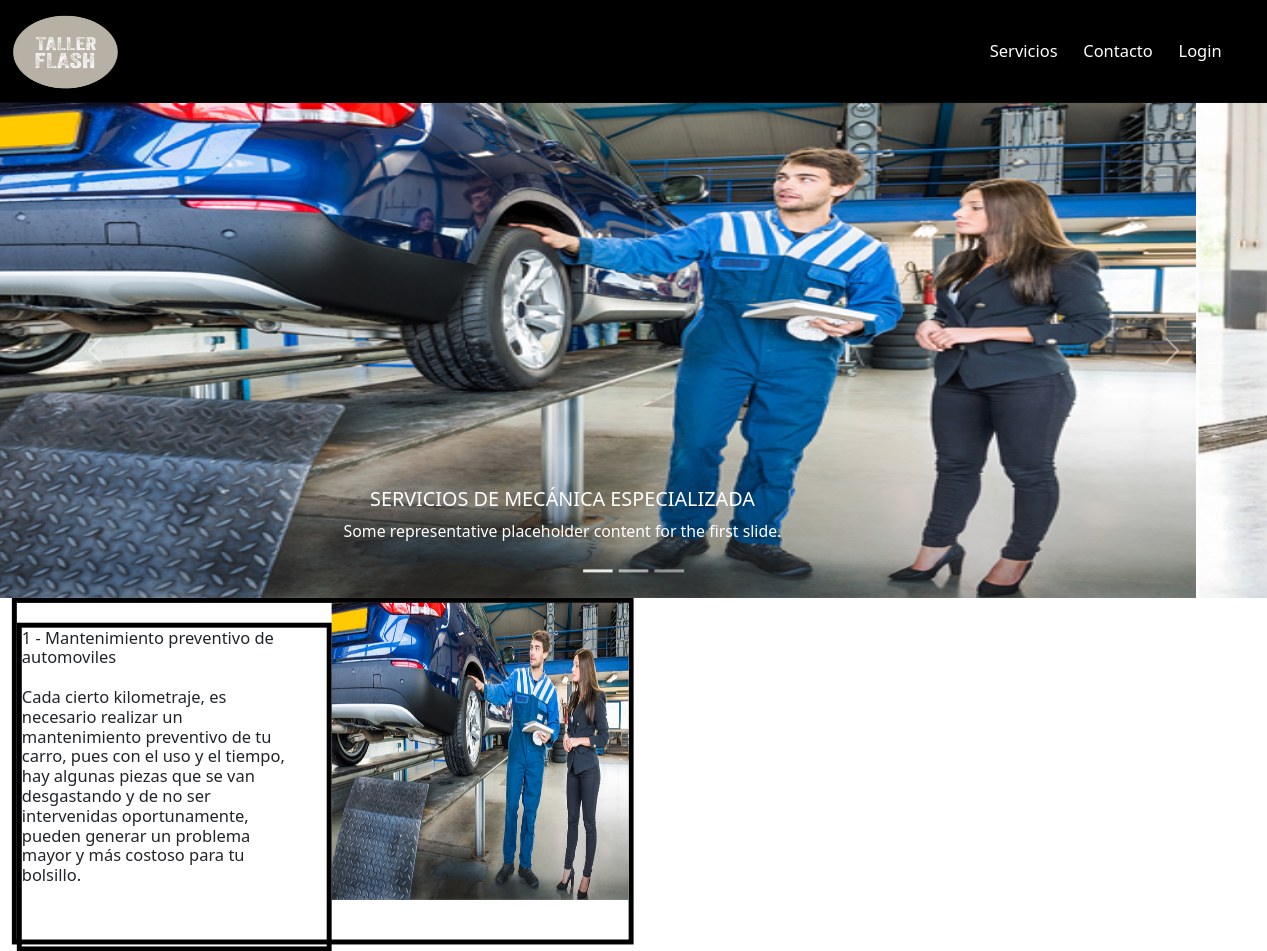
Repository: nder1996/Boostrap.Taller.Arquitectura
Page: Index.html
The author's editor kept a copy of each file at every save. The page is drawn from the files as they stood at one save, then again after the next save.
The browser window is 1280 px wide. The pictures show the whole page, at 99% of full size.

Above is the page before, as saved 2021-07-23 06:34:49.

### Index.html
<!DOCTYPE html>
<html lang="en">

<head>
	<meta charset="UTF-8">
	<meta name="viewport" content="width=device-width, initial-scale=1.0">
	<link rel="shortcut icon" href="img/Logo.png">
	<link href="https://cdn.jsdelivr.net/npm/bootstrap@5.0.2/dist/css/bootstrap.min.css" rel="stylesheet"
		integrity="sha384-EVSTQN3/azprG1Anm3QDgpJLIm9Nao0Yz1ztcQTwFspd3yD65VohhpuuCOmLASjC" crossorigin="anonymous">
	<link rel="stylesheet" href="https://cdnjs.cloudflare.com/ajax/libs/font-awesome/5.15.3/css/all.min.css"
		integrity="sha512-iBBXm8fW90+nuLcSKlbmrPcLa0OT92xO1BIsZ+ywDWZCvqsWgccV3gFoRBv0z+8dLJgyAHIhR35VZc2oM/gI1w=="
		crossorigin="anonymous" referrerpolicy="no-referrer" />
	<link rel="stylesheet" href="css/style.css">
	<title>Taller Automotriz</title>
</head>

<body>

	<nav class="navbar navbar-expand-lg navbar-light">
		<div class="container-fluid">
			<a class="navbar-brand" href="#"><img src="img/Logo.png" alt="" style='width: 110px; height: 78px;'></a>
			<button class="navbar-toggler" type="button" data-bs-toggle="collapse" data-bs-target="#navbarNav"
				aria-controls="navbarNav" aria-expanded="false" aria-label="Toggle navigation">
				<span class="navbar-toggler-icon"></span>
			</button>
			<div class="collapse navbar-collapse" id="navbarNav">
				<ul class="navbar-nav ms-auto">
					<li class="nav-item">
						<a class="nav-link active" aria-current="page" href="#">Servicios</a>
					</li>
					<li class="nav-item">
						<a class="nav-link" href="#">Contacto</a>
					</li>
					<li class="nav-item">
						<a class="nav-link" href="#">Login</a>
					</li>
				</ul>
			</div>
		</div>
	</nav>
	<div id="carouselExampleCaptions" class="carousel slide" data-bs-ride="carousel">
		<div class="carousel-indicators">
			<button type="button" data-bs-target="#carouselExampleCaptions" data-bs-slide-to="0" class="active"
				aria-current="true" aria-label="Slide 1"></button>
			<button type="button" data-bs-target="#carouselExampleCaptions" data-bs-slide-to="1"
				aria-label="Slide 2"></button>
			<button type="button" data-bs-target="#carouselExampleCaptions" data-bs-slide-to="2"
				aria-label="Slide 3"></button>
		</div>
		<div class="carousel-inner">
			<div class="carousel-item active">
				<img src="img/Mantenimiento_1.jpg" class="d-block w-100" alt="...">
				<div class="carousel-caption d-none d-md-block">
					<h5>SERVICIOS DE MECÁNICA
						ESPECIALIZADA</h5>
					<p>Some representative placeholder content for the first slide.</p>
				</div>
			</div>
			<div class="carousel-item">
				<img src="img/Mantenimiento_3.png" class="d-block w-100" alt="...">
				<div class="carousel-caption d-none d-md-block">
					<h5>SERVICIOS DE MECÁNICA
						ESPECIALIZADA</h5>
					<p>Some representative placeholder content for the second slide.</p>
				</div>
			</div>
			<div class="carousel-item">
				<img src="img/Mantenimiento_2.png" class="d-block w-100" alt="...">
				<div class="carousel-caption d-none d-md-block">
					<h5>Third slide label</h5>
					<p>Some representative placeholder content for the third slide.</p>
				</div>
			</div>
		</div>
		<button class="carousel-control-prev" type="button" data-bs-target="#carouselExampleCaptions"
			data-bs-slide="prev">
			<span class="carousel-control-prev-icon" aria-hidden="true"></span>
			<span class="visually-hidden">Previous</span>
		</button>
		<button class="carousel-control-next" type="button" data-bs-target="#carouselExampleCaptions"
			data-bs-slide="next">
			<span class="carousel-control-next-icon" aria-hidden="true"></span>
			<span class="visually-hidden">Next</span>
		</button>
	</div>


	<div class="Servicios container-fluid">
		<div class="Servicio" id="Servicio_1">
			<br> <br>
				<h1>1 - Mantenimiento preventivo de automoviles <br> <br>
					<p>
						Cada cierto kilometraje, es necesario realizar un mantenimiento preventivo de tu carro, pues con
						el uso
						y el tiempo, hay algunas piezas que se van desgastando y de no ser intervenidas oportunamente,
						pueden
						generar un problema mayor y más costoso para tu bolsillo.
					</p>
				</h1>
				<br>
				<img src="img/Mantenimiento_1.jpg" alt="" width="300px" height="300px">



	<!--	<button>Más Información</button>
-->



		</div>


	</div>
	<!--
		<div><img src="img/Mantenimiento_2.png" alt="" width="300px" height="300px"></div>
		<div><img src="img/Mantenimiento_3.png" alt="" width="300px" height="300px"></div>
		<div><img src="img/Mantenimiento_4.png" alt="" width="300px" height="300px"></div>
		-->











	<script src="https://cdn.jsdelivr.net/npm/bootstrap@5.0.2/dist/js/bootstrap.bundle.min.js"
		integrity="sha384-MrcW6ZMFYlzcLA8Nl+NtUVF0sA7MsXsP1UyJoMp4YLEuNSfAP+JcXn/tWtIaxVXM" crossorigin="anonymous">
	</script>
	<script src="https://cdnjs.cloudflare.com/ajax/libs/jquery/3.6.0/jquery.min.js"
		integrity="sha512-894YE6QWD5I59HgZOGReFYm4dnWc1Qt5NtvYSaNcOP+u1T9qYdvdihz0PPSiiqn/+/3e7Jo4EaG7TubfWGUrMQ=="
		crossorigin="anonymous" referrerpolicy="no-referrer"></script>
</body>

</html>

### css/style.css
nav{
    background-color: black !important;
}

nav li{
    position:relative;
    margin-left: 10px;
    left:-10%;
}

nav li a{
    color:white !important;
    font-size: 1.3vw;
}

.carousel-inner{
    position:relative;
    width: 100%;
    height: 500px;
}

.carousel-item img{
    position:relative;
    width: 100%;
    height: 500px;
}

.Servicios{
    position:relative;

}

.Servicios .Servicio{
    display: flex;
    border:5px solid black;
    width: 50%;
    height: 350px;
}

.Servicios div h1{
    position:relative;
    border:5px solid black;
    text-align: left;
    font-size: 1.3vw;
    width: 60%;
    top:20px;
}

.Servicios div p{
    position:relative;
    width: 87%;
}

After the next save:
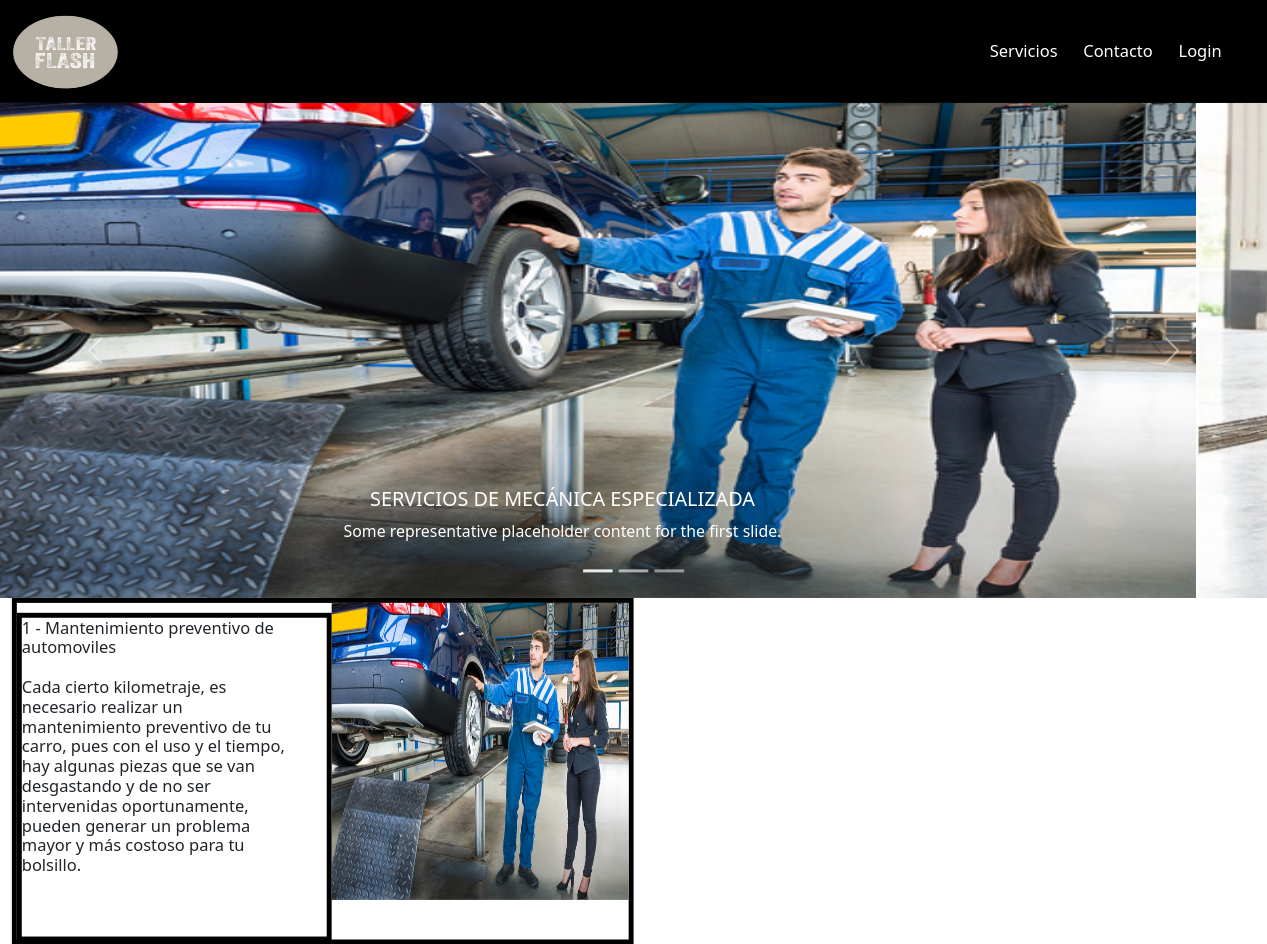
Saved 9 s later.
--- a/css/style.css
+++ b/css/style.css
@@ -43,7 +43,7 @@ nav li a{
     text-align: left;
     font-size: 1.3vw;
     width: 60%;
-    top:20px;
+    top:10px;
 }
 
 .Servicios div p{
